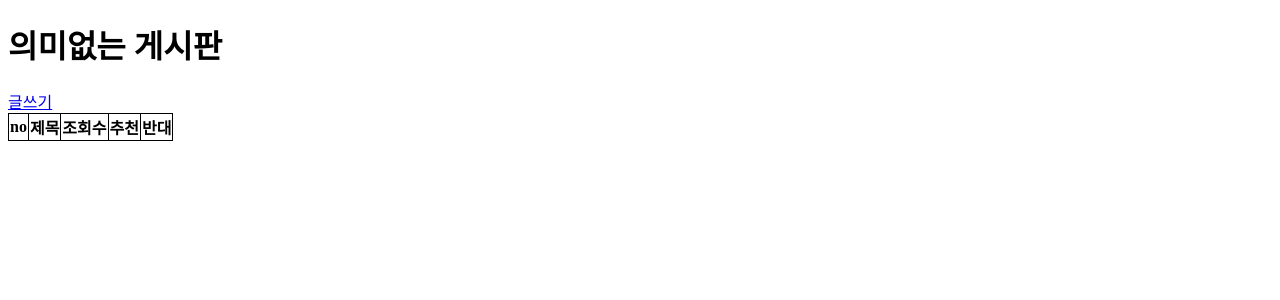
Repository: Bigdog93/WebworkspacePT
Page: http://localhost/BoardVer2/list
The author's editor kept a copy of each file at every save. The page is drawn from the files as they stood at one save, then again after the next save.
The browser window is 1280 px wide. The pictures show the whole page.
The page is served by Tomcat 9. Other server files are loaded and not shown.

Above is the page before, as saved 2021-04-27 06:23:39.

### WebWorkSpace/BoardVer2/src/main/webapp/WEB-INF/jsp/list.jsp
<%@ page language="java" contentType="text/html; charset=UTF-8"
    pageEncoding="UTF-8"%>
<%@ page import="com.board.boardVO.*"%>
<%@ page import="java.util.* " %>
<%
	List<BoardVO> db = (List<BoardVO>)request.getAttribute("database");
%>
<!DOCTYPE html>
<html>
<head>
<meta charset="UTF-8">
<style>
	table, th, td {
		border : 1px solid black;
		border-collapse : collapse;
	}
</style>
<title>Insert title here</title>
</head>
<body>
	<h1>의미없는 게시판</h1>
	<div id="write"><a href="/write"> 글쓰기</a></div>
	<div>
		<table>
			<tr>
				<th>no</th>
				<th>제목</th>
				<th>조회수</th>
				<th>추천</th>
				<th>반대</th>
			</tr>
			<% for(int i = 0; i < db.size(); i++) { %>
			<tr>
				<td><%=db.get(i).getBoard_idx() %></td>
				<td><a href="/detail?no=<%=i %>"><%=db.get(i).getTitle() %></a></td>
				<td><%=db.get(i).getView() %></td>
				<td><%=db.get(i).getLike() %></td>
				<td><%=db.get(i).getDislike() %></td>
			<tr>
			<% } %>
		</table>
	</div>
</body>
</html>

### WebWorkSpace/BoardVer2/src/main/java/com/board/control/BoardListServlet.java
package com.board.control;

import java.io.IOException;
import javax.servlet.ServletException;
import javax.servlet.annotation.WebServlet;
import javax.servlet.http.HttpServlet;
import javax.servlet.http.HttpServletRequest;
import javax.servlet.http.HttpServletResponse;

import com.board.boardVO.Database;

@WebServlet("/list")
public class BoardListServlet extends HttpServlet {
	private static final long serialVersionUID = 1L;

	protected void doGet(HttpServletRequest request, HttpServletResponse response) throws ServletException, IOException {

		request.setAttribute("database", Database.getList());


		String url = "/WEB-INF/jsp/list.jsp";
		request.getRequestDispatcher(url).forward(request, response);
	}

	protected void doPost(HttpServletRequest request, HttpServletResponse response) throws ServletException, IOException {

	}

}

### WebWorkSpace/BoardVer2/src/main/java/com/board/boardVO/Database.java
package com.board.boardVO;

import java.util.ArrayList;
import java.util.List;

public class Database {
	private static List<BoardVO> list = new ArrayList<BoardVO>();

	public static List<BoardVO> getList() {
		return list;
	}
}

After the next save:
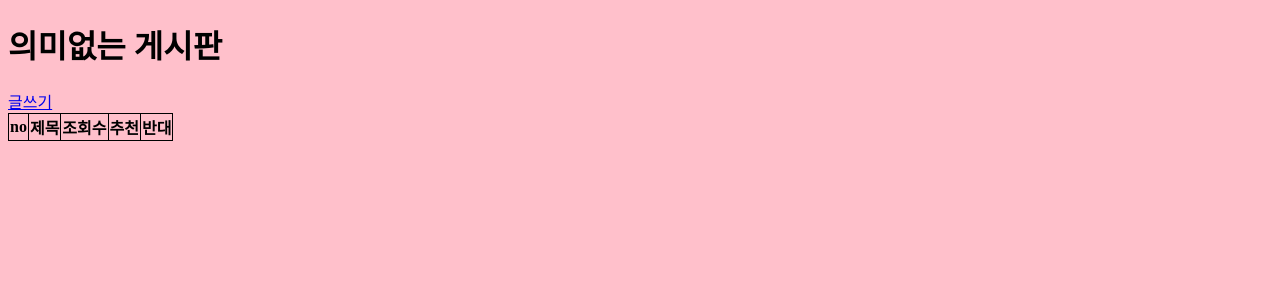
Saved 16 min 23 s later.
--- a/WebWorkSpace/BoardVer2/src/main/webapp/WEB-INF/jsp/list.jsp
+++ b/WebWorkSpace/BoardVer2/src/main/webapp/WEB-INF/jsp/list.jsp
@@ -10,6 +10,9 @@
 <head>
 <meta charset="UTF-8">
 <style>
+	body {
+		background-color: pink;
+	}
 	table, th, td {
 		border : 1px solid black;
 		border-collapse : collapse;
